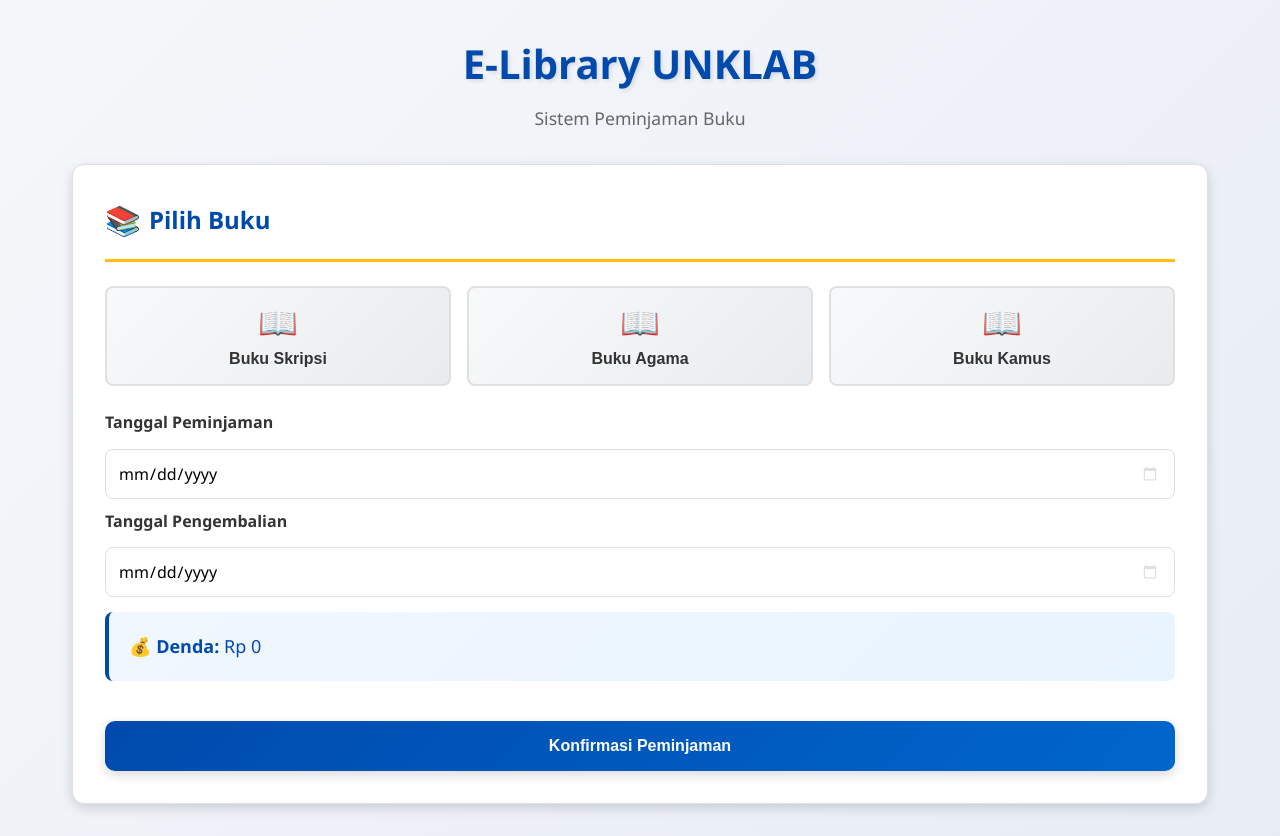
Repository: s22310440-sys/tugas-mid
Page: /
The author's editor kept a copy of each file at every save. The page is drawn from the files as they stood at one save, then again after the next save.
The browser window is 1280 px wide. The pictures show the whole page.
The project was rebuilt for these pictures with package versions that can differ from the ones it lists, and the page was loaded fresh each time.

Above is the page before, as saved 2025-11-24 07:17:30.

### index.html
<!DOCTYPE html>
<html lang="en">
  <head>
    <meta charset="UTF-8" />
    <meta name="viewport" content="width=device-width, initial-scale=1.0" />
    <title>E-Library UNKLAB</title>
  </head>
  <body>
    <div id="root"></div>
    <script type="module" src="/src/main.jsx"></script>
  </body>
</html>

### src/main.jsx
import React from "react";
import ReactDOM from "react-dom/client";
import App from "./App.jsx";
import "./index.css";

ReactDOM.createRoot(document.getElementById("root")).render(
    <React.StrictMode>
        <App />
    </React.StrictMode>
);

### src/App.jsx
import ELibraryUNKLAB from "./components/ELibraryUNKLAB";

export default function App() {
  return (
    <div>
      <ELibraryUNKLAB />
    </div>
  );
}

### src/index.css
/* ==========================================
   E-LIBRARY UNKLAB - CSS STYLING
   Website Perpustakaan Digital
   ========================================== */

/* ========== ROOT & GENERAL STYLING ========== */
* {
  margin: 0;
  padding: 0;
  box-sizing: border-box;
}

:root {
  --primary-color: #004aad;
  --secondary-color: #0066cc;
  --accent-color: #ffc107;
  --dark-color: #1a1a1a;
  --light-color: #f5f7fa;
  --border-color: #e0e0e0;
  --success-color: #28a745;
  --danger-color: #dc3545;
  --warning-color: #ffc107;
  --info-color: #17a2b8;
  --text-primary: #333333;
  --text-secondary: #666666;
  --shadow-sm: 0 2px 4px rgba(0, 0, 0, 0.1);
  --shadow-md: 0 4px 12px rgba(0, 0, 0, 0.15);
  --shadow-lg: 0 8px 24px rgba(0, 0, 0, 0.2);
}

html {
  scroll-behavior: smooth;
}

body {
  margin: 0;
  padding: 0;
  background: linear-gradient(135deg, #f5f7fa 0%, #e8ecf5 100%);
  font-family: 'Segoe UI', Tahoma, Geneva, Verdana, sans-serif;
  color: var(--text-primary);
  line-height: 1.6;
  font-size: 16px;
  min-height: 100vh;
  display: flex;
  flex-direction: column;
}

/* ========== MAIN CONTAINER ========== */
#root {
  flex: 1;
  display: flex;
  flex-direction: column;
}

div > div:first-child {
  flex: 1;
}

/* ========== CONTAINER & LAYOUT ========== */
.container {
  max-width: 1200px;
  margin: 0 auto;
  padding: 2rem;
  width: 100%;
}

.container-sm {
  max-width: 600px;
  margin: auto;
  padding: 2rem;
  width: 100%;
}

.row {
  display: grid;
  grid-template-columns: repeat(auto-fit, minmax(300px, 1fr));
  gap: 2rem;
}

.col {
  display: flex;
  flex-direction: column;
}

/* ========== MAIN TITLE & SUBTITLE ========== */
.title {
  text-align: center;
  font-size: 2.5rem;
  font-weight: bold;
  color: var(--primary-color);
  margin-bottom: 0.5rem;
  text-shadow: 2px 2px 4px rgba(0, 0, 0, 0.1);
  animation: fadeInDown 0.6s ease;
}

.subtitle {
  text-align: center;
  font-size: 1.1rem;
  color: var(--text-secondary);
  margin-bottom: 2rem;
  animation: fadeInUp 0.6s ease 0.2s both;
}

@keyframes fadeInDown {
  from {
    opacity: 0;
    transform: translateY(-20px);
  }
  to {
    opacity: 1;
    transform: translateY(0);
  }
}

@keyframes fadeInUp {
  from {
    opacity: 0;
    transform: translateY(20px);
  }
  to {
    opacity: 1;
    transform: translateY(0);
  }
}

/* ========== CARD STYLING ========== */
.card {
  background: white;
  border-radius: 12px;
  box-shadow: var(--shadow-md);
  padding: 2rem;
  transition: all 0.3s ease;
  border: 1px solid var(--border-color);
  animation: slideIn 0.5s ease;
}

.card:hover {
  box-shadow: var(--shadow-lg);
  transform: translateY(-4px);
}

@keyframes slideIn {
  from {
    opacity: 0;
    transform: translateY(20px);
  }
  to {
    opacity: 1;
    transform: translateY(0);
  }
}

.card h2 {
  font-size: 1.5rem;
  font-weight: bold;
  color: var(--primary-color);
  margin-bottom: 1.5rem;
  padding-bottom: 1rem;
  border-bottom: 3px solid var(--accent-color);
  display: flex;
  align-items: center;
  gap: 0.5rem;
}

.card h2::before {
  content: "📚";
  font-size: 1.8rem;
}

.card-header {
  font-size: 1.5rem;
  font-weight: bold;
  color: var(--primary-color);
  margin-bottom: 1.5rem;
  padding-bottom: 1rem;
  border-bottom: 2px solid var(--accent-color);
}

.card-body {
  margin-bottom: 1rem;
}

.card-footer {
  border-top: 1px solid var(--border-color);
  padding-top: 1rem;
  margin-top: 1rem;
}

/* ========== BUTTONS ========== */
button,
.btn {
  padding: 0.75rem 1.5rem;
  border: none;
  border-radius: 8px;
  font-size: 1rem;
  font-weight: 600;
  cursor: pointer;
  transition: all 0.3s ease;
  text-decoration: none;
  display: inline-block;
  text-align: center;
  white-space: nowrap;
}

.btn-primary {
  background: linear-gradient(135deg, var(--primary-color), var(--secondary-color));
  color: white;
}

.btn-primary:hover {
  background: linear-gradient(135deg, var(--secondary-color), var(--primary-color));
  box-shadow: var(--shadow-md);
  transform: translateY(-2px);
}

.btn-secondary {
  background: #6c757d;
  color: white;
}

.btn-secondary:hover {
  background: #5a6268;
}

.btn-success {
  background: var(--success-color);
  color: white;
}

.btn-success:hover {
  background: #218838;
  transform: translateY(-2px);
}

.btn-danger {
  background: var(--danger-color);
  color: white;
}

.btn-danger:hover {
  background: #c82333;
}

.btn-warning {
  background: var(--warning-color);
  color: var(--dark-color);
}

.btn-warning:hover {
  background: #e0a800;
}

.btn-sm {
  padding: 0.5rem 1rem;
  font-size: 0.875rem;
}

.btn-lg {
  padding: 1rem 2rem;
  font-size: 1.1rem;
}

.btn-block {
  width: 100%;
  display: block;
}

button:disabled,
.btn:disabled {
  opacity: 0.5;
  cursor: not-allowed;
  transform: none !important;
}

button:active {
  transform: translateY(0);
}

/* ========== BOOK LIST & SELECTION ========== */
.book-list {
  display: grid;
  grid-template-columns: repeat(auto-fit, minmax(150px, 1fr));
  gap: 1rem;
  margin-bottom: 1.5rem;
}

.book-btn {
  padding: 1rem;
  background: linear-gradient(135deg, #f8f9fa, #e9ecef);
  border: 2px solid var(--border-color);
  border-radius: 8px;
  cursor: pointer;
  font-weight: 600;
  color: var(--text-primary);
  transition: all 0.3s ease;
  position: relative;
  overflow: hidden;
  text-align: center;
  min-height: 100px;
  display: flex;
  flex-direction: column;
  align-items: center;
  justify-content: center;
}

.book-btn::before {
  content: "📖";
  display: block;
  font-size: 2rem;
  margin-bottom: 0.5rem;
}

.book-btn:hover {
  border-color: var(--primary-color);
  background: linear-gradient(135deg, #e7f0ff, #d9e8ff);
  transform: translateY(-2px);
  box-shadow: var(--shadow-sm);
}

.book-btn.active {
  background: linear-gradient(135deg, var(--primary-color), var(--secondary-color));
  color: white;
  border-color: var(--primary-color);
  box-shadow: var(--shadow-md);
  transform: scale(1.02);
}

.book-btn.active::before {
  content: "✓ 📖";
}

/* ========== FORM STYLING ========== */
.form-group {
  margin-bottom: 1.5rem;
}

label {
  display: block;
  font-weight: 600;
  margin-bottom: 0.5rem;
  color: var(--text-primary);
}

input[type="text"],
input[type="email"],
input[type="password"],
input[type="date"],
input[type="number"],
input[type="search"],
select,
textarea {
  width: 100%;
  padding: 0.75rem;
  border: 1px solid var(--border-color);
  border-radius: 8px;
  font-size: 1rem;
  font-family: inherit;
  transition: all 0.3s ease;
  background: white;
}

input[type="text"]::placeholder,
input[type="email"]::placeholder,
input[type="password"]::placeholder,
input[type="date"]::placeholder,
input[type="number"]::placeholder,
input[type="search"]::placeholder {
  color: #999;
}

input[type="text"]:focus,
input[type="email"]:focus,
input[type="password"]:focus,
input[type="date"]:focus,
input[type="number"]:focus,
input[type="search"]:focus,
select:focus,
textarea:focus {
  outline: none;
  border-color: var(--primary-color);
  box-shadow: 0 0 0 3px rgba(0, 74, 173, 0.1);
  background: #fafbfc;
}

input[type="date"]::-webkit-calendar-picker-indicator {
  cursor: pointer;
  border-radius: 4px;
  margin-right: 2px;
  opacity: 0.6;
  filter: invert(0.8);
}

textarea {
  resize: vertical;
  min-height: 120px;
}

.form-row {
  display: grid;
  grid-template-columns: 1fr 1fr;
  gap: 1rem;
}

@media (max-width: 768px) {
  .form-row {
    grid-template-columns: 1fr;
  }
}

/* ========== INFO BOXES ========== */
.fine-box,
.info-box,
.alert {
  padding: 1.25rem;
  border-radius: 8px;
  margin-bottom: 1rem;
  border-left: 4px solid;
  animation: slideIn 0.3s ease;
}

.info-box,
.fine-box {
  background: linear-gradient(135deg, #f0f7ff, #e8f4ff);
  border-left-color: var(--primary-color);
  color: var(--primary-color);
  font-weight: 500;
}

.fine-box::before {
  content: "💰 ";
}

.alert {
  font-weight: 500;
}

.alert-success {
  background: linear-gradient(135deg, #d4edda, #c3e6cb);
  border-left-color: var(--success-color);
  color: #155724;
}

.alert-success::before {
  content: "✓ ";
  font-weight: bold;
}

.alert-danger {
  background: linear-gradient(135deg, #f8d7da, #f5c6cb);
  border-left-color: var(--danger-color);
  color: #721c24;
}

.alert-danger::before {
  content: "✕ ";
  font-weight: bold;
}

.alert-warning {
  background: linear-gradient(135deg, #fff3cd, #ffeaa7);
  border-left-color: var(--warning-color);
  color: #856404;
}

.alert-warning::before {
  content: "⚠ ";
}

.alert-info {
  background: linear-gradient(135deg, #d1ecf1, #bee5eb);
  border-left-color: var(--info-color);
  color: #0c5460;
}

.alert-info::before {
  content: "ℹ ";
}

/* ========== RESULT MESSAGE ========== */
.result {
  margin-top: 1.5rem;
  padding: 1.5rem;
  background: linear-gradient(135deg, #e7f3ff, #d9ebff);
  border-left: 5px solid var(--primary-color);
  border-radius: 8px;
  font-weight: 600;
  color: var(--primary-color);
  animation: slideInUp 0.3s ease;
  word-break: break-word;
}

@keyframes slideInUp {
  from {
    opacity: 0;
    transform: translateY(10px);
  }
  to {
    opacity: 1;
    transform: translateY(0);
  }
}

.result::before {
  content: "📋 ";
}

/* ========== SUBMIT BUTTON ========== */
.submit-btn {
  margin-top: 1.5rem;
  width: 100%;
  background: linear-gradient(135deg, var(--primary-color), var(--secondary-color));
  color: white;
  border: none;
  padding: 1rem;
  font-size: 1rem;
  font-weight: bold;
  border-radius: 10px;
  cursor: pointer;
  transition: all 0.3s ease;
  box-shadow: var(--shadow-md);
}

.submit-btn:hover {
  background: linear-gradient(135deg, var(--secondary-color), #0052a3);
  box-shadow: var(--shadow-lg);
  transform: translateY(-2px);
}

.submit-btn:active {
  transform: translateY(0);
}

.submit-btn:disabled {
  opacity: 0.6;
  cursor: not-allowed;
}

/* ========== TABLE STYLING ========== */
table {
  width: 100%;
  border-collapse: collapse;
  margin-bottom: 1.5rem;
  box-shadow: var(--shadow-sm);
  border-radius: 8px;
  overflow: hidden;
}

th {
  background: linear-gradient(135deg, var(--primary-color), var(--secondary-color));
  color: white;
  padding: 1rem;
  text-align: left;
  font-weight: 600;
}

td {
  padding: 0.875rem 1rem;
  border-bottom: 1px solid var(--border-color);
}

tbody tr {
  transition: all 0.3s ease;
}

tbody tr:hover {
  background: var(--light-color);
  transform: scale(1.01);
}

tbody tr:last-child td {
  border-bottom: none;
}

/* ========== BADGE & LABEL ========== */
.badge {
  display: inline-block;
  padding: 0.25rem 0.75rem;
  border-radius: 12px;
  font-size: 0.75rem;
  font-weight: 600;
  text-transform: uppercase;
  margin: 0.25rem;
}

.badge-primary {
  background: #cfe2ff;
  color: var(--primary-color);
}

.badge-success {
  background: #d1e7dd;
  color: var(--success-color);
}

.badge-danger {
  background: #f8d7da;
  color: var(--danger-color);
}

.badge-warning {
  background: #fff3cd;
  color: #856404;
}

/* ========== RESPONSIVE DESIGN ========== */
@media (max-width: 768px) {
  .title {
    font-size: 2rem;
  }

  .subtitle {
    font-size: 1rem;
  }

  .container {
    padding: 1rem;
  }

  .container-sm {
    padding: 1rem;
  }

  .card {
    padding: 1.5rem;
  }

  .row {
    grid-template-columns: 1fr;
    gap: 1rem;
  }

  .book-list {
    grid-template-columns: repeat(auto-fit, minmax(120px, 1fr));
  }

  button,
  .btn {
    padding: 0.625rem 1rem;
    font-size: 0.9rem;
  }

  .form-row {
    grid-template-columns: 1fr;
  }
}

@media (max-width: 480px) {
  .title {
    font-size: 1.5rem;
  }

  .subtitle {
    font-size: 0.95rem;
  }

  .card {
    padding: 1rem;
  }

  .fine-box,
  .info-box,
  .alert {
    padding: 1rem;
  }

  button,
  .btn {
    padding: 0.5rem 0.75rem;
    font-size: 0.85rem;
  }

  .book-list {
    grid-template-columns: repeat(2, 1fr);
    gap: 0.75rem;
  }

  table {
    font-size: 0.875rem;
  }

  th,
  td {
    padding: 0.5rem;
  }
}

/* ========== UTILITY CLASSES ========== */
.text-center {
  text-align: center;
}

.text-left {
  text-align: left;
}

.text-right {
  text-align: right;
}

.mt-1 {
  margin-top: 0.5rem;
}

.mt-2 {
  margin-top: 1rem;
}

.mt-3 {
  margin-top: 1.5rem;
}

.mt-4 {
  margin-top: 2rem;
}

.mb-1 {
  margin-bottom: 0.5rem;
}

.mb-2 {
  margin-bottom: 1rem;
}

.mb-3 {
  margin-bottom: 1.5rem;
}

.mb-4 {
  margin-bottom: 2rem;
}

.p-1 {
  padding: 0.5rem;
}

.p-2 {
  padding: 1rem;
}

.p-3 {
  padding: 1.5rem;
}

.p-4 {
  padding: 2rem;
}

.hidden {
  display: none;
}

.visible {
  display: block;
}

.error {
  color: var(--danger-color);
  font-weight: 600;
}

.success {
  color: var(--success-color);
  font-weight: 600;
}

.warning {
  color: var(--warning-color);
  font-weight: 600;
}

.info {
  color: var(--info-color);
  font-weight: 600;
}

/* ========== SCROLL BAR ========== */
::-webkit-scrollbar {
  width: 8px;
  height: 8px;
}

::-webkit-scrollbar-track {
  background: var(--light-color);
}

::-webkit-scrollbar-thumb {
  background: var(--primary-color);
  border-radius: 4px;
}

::-webkit-scrollbar-thumb:hover {
  background: var(--secondary-color);
}

### src/components/ELibraryUNKLAB.jsx
import React, { useState, useEffect } from "react";
import { API_KEY } from "../api/config";

const books = [
  { id: 1, title: "Buku Skripsi", stock: 3 },
  { id: 2, title: "Buku Agama", stock: 3 },
  { id: 3, title: "Buku Kamus", stock: 3 }
];

export default function ELibraryUNKLAB() {
  const [selectedBook, setSelectedBook] = useState(null);
  const [borrowDate, setBorrowDate] = useState("");
  const [returnDate, setReturnDate] = useState("");
  const [fine, setFine] = useState(0);
  const [message, setMessage] = useState("");

  const dailyFine = 7500;

  const calculateFine = () => {
    if (!borrowDate || !returnDate) return;

    const start = new Date(borrowDate);
    const end = new Date(returnDate);
    const diffTime = end - start;
    const diffDays = Math.ceil(diffTime / (1000 * 60 * 60 * 24));

    if (diffDays > 7) {
      const lateDays = diffDays - 7;
      setFine(lateDays * dailyFine);
    } else {
      setFine(0);
    }
  };

  useEffect(() => {
    calculateFine();
  }, [borrowDate, returnDate]);

  const handleSubmit = (e) => {
    e.preventDefault();

    if (!selectedBook) {
      setMessage("Silakan pilih buku terlebih dahulu.");
      return;
    }

    setMessage(
      `Peminjaman berhasil! Buku: ${selectedBook.title}. Denda: Rp ${fine}. API Key digunakan: ${API_KEY}`
    );
  };

  return (
    <div className="container">
      <h1 className="title">E-Library UNKLAB</h1>
      <p className="subtitle">Sistem Peminjaman Buku</p>

      <div className="card">
        <h2>Pilih Buku</h2>

        <div className="book-list">
          {books.map((book) => (
            <button
              key={book.id}
              className={`book-btn ${
                selectedBook?.id === book.id ? "active" : ""
              }`}
              onClick={() => setSelectedBook(book)}
            >
              {book.title}
            </button>
          ))}
        </div>

        <form onSubmit={handleSubmit}>
          <label>Tanggal Peminjaman</label>
          <input
            type="date"
            value={borrowDate}
            onChange={(e) => setBorrowDate(e.target.value)}
          />

          <label>Tanggal Pengembalian</label>
          <input
            type="date"
            value={returnDate}
            onChange={(e) => setReturnDate(e.target.value)}
          />

          <div className="fine-box">
            <strong>Denda:</strong> Rp {fine}
          </div>

          <button type="submit" className="submit-btn">
            Konfirmasi Peminjaman
          </button>
        </form>

        {message && <div className="result">{message}</div>}
      </div>
    </div>
  );
}

/* Inject CSS otomatis */
const styles = `
.container {
  max-width: 600px;
  margin: auto;
  padding: 20px;
}
.title {
  text-align: center;
  font-size: 32px;
  color: #004aad;
  font-weight: bold;
}
.subtitle {
  text-align: center;
  margin-bottom: 20px;
  font-size: 18px;
}

.card {
  background: white;
  padding: 20px;
  border-radius: 12px;
  box-shadow: 0px 4px 12px rgba(0,0,0,0.1);
}

.book-list {
  display: flex;
  gap: 10px;
  margin-bottom: 15px;
}

.book-btn {
  flex: 1;
  padding: 10px;
  border: none;
  cursor: pointer;
  border-radius: 8px;
  background: #e0e0e0;
  transition: 0.3s;
}
.book-btn:hover {
  background: #bdbdbd;
}
.active {
  background: #004aad;
  color: white;
}

label {
  display: block;
  margin-top: 10px;
  font-weight: bold;
}
input[type="date"] {
  width: 100%;
  padding: 10px;
  margin-top: 5px;
  border-radius: 8px;
  border: 1px solid #aaa;
}

.fine-box {
  background: #eef5ff;
  padding: 12px;
  margin-top: 15px;
  border-radius: 8px;
  font-size: 18px;
}

.submit-btn {
  margin-top: 20px;
  width: 100%;
  background: #004aad;
  color: white;
  border: none;
  padding: 12px;
  font-size: 16px;
  border-radius: 10px;
  cursor: pointer;
  transition: 0.3s;
}
.submit-btn:hover {
  background: #00337a;
}

.result {
  margin-top: 20px;
  padding: 12px;
  background: #e7f3ff;
  border-left: 5px solid #004aad;
  border-radius: 8px;
  font-weight: bold;
}
`;

const styleTag = document.createElement("style");
styleTag.innerHTML = styles;
document.head.appendChild(styleTag);

### src/api/config.js
export const API_KEY = "YOUR_E_LIBRARY_UNKLAB_API_KEY";

Loaded but not shown: tailwind.config.js (common file)

After the next save:
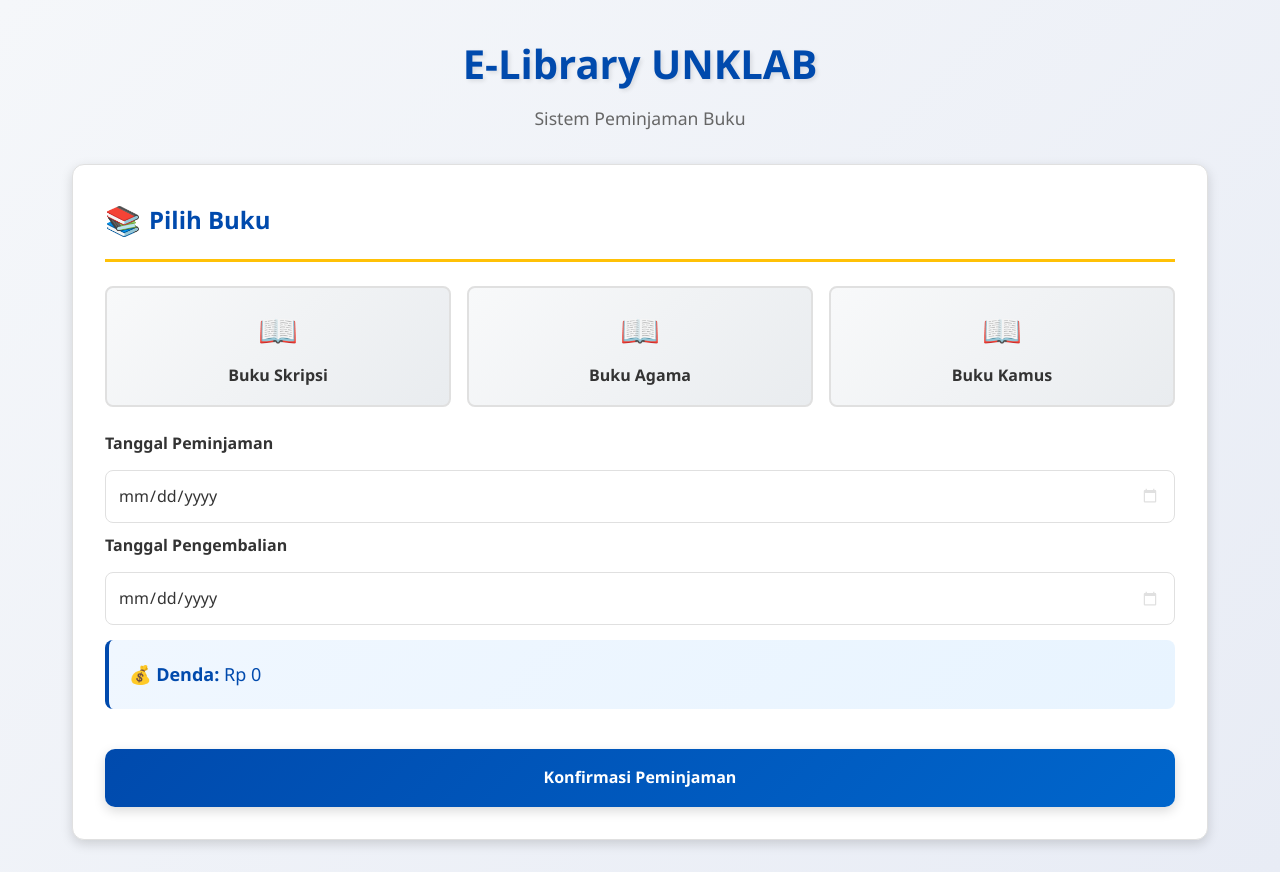
Saved 3 min 30 s later.
--- a/src/index.css
+++ b/src/index.css
@@ -1,9 +1,7 @@
-/* ==========================================
-   E-LIBRARY UNKLAB - CSS STYLING
-   Website Perpustakaan Digital
-   ========================================== */
-
-/* ========== ROOT & GENERAL STYLING ========== */
+@tailwind base;
+@tailwind components;
+@tailwind utilities;
+
 * {
   margin: 0;
   padding: 0;
